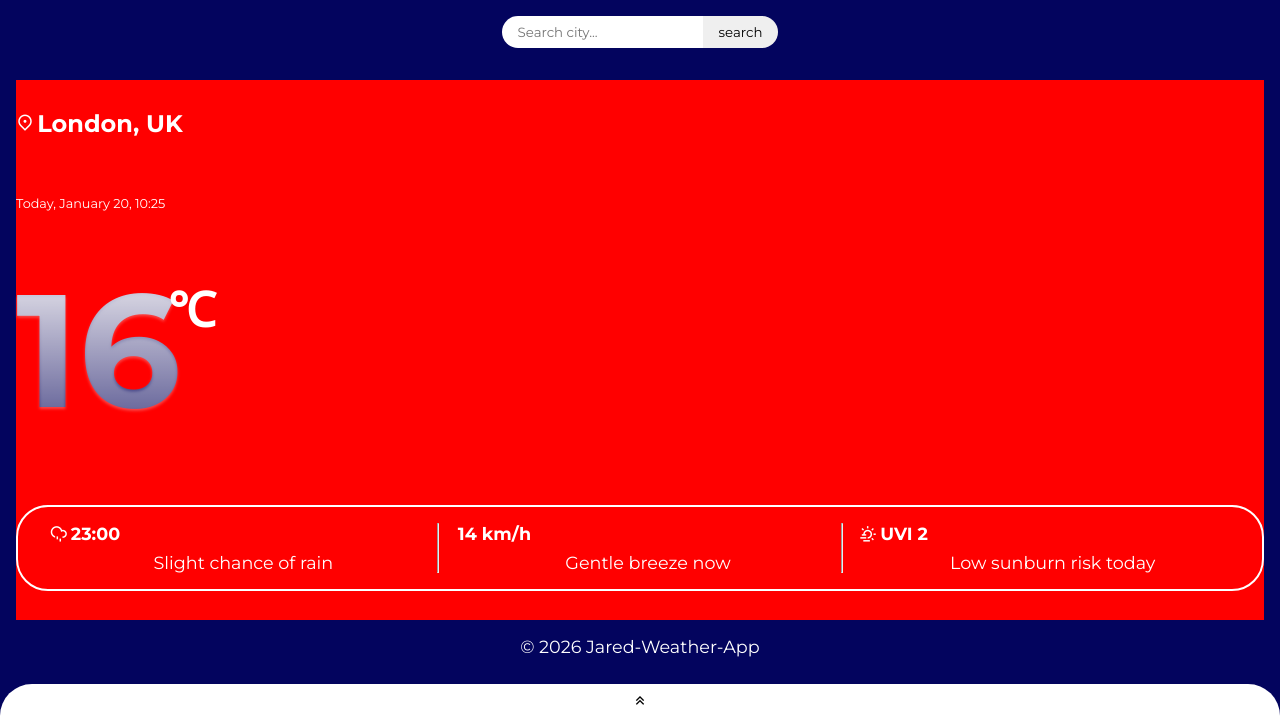
Repository: EguJaredoBoyd/Jared-Weather-App
Page: main.html
The author's editor kept a copy of each file at every save. The page is drawn from the files as they stood at one save, then again after the next save.
The browser window is 1280 px wide. The pictures show the whole page.
Some icons come from a web library that is not loaded, so they are not drawn. Some web libraries are served in a nearby version.

Above is the page before, as saved 2026-02-04 16:43:34.

After the next save:
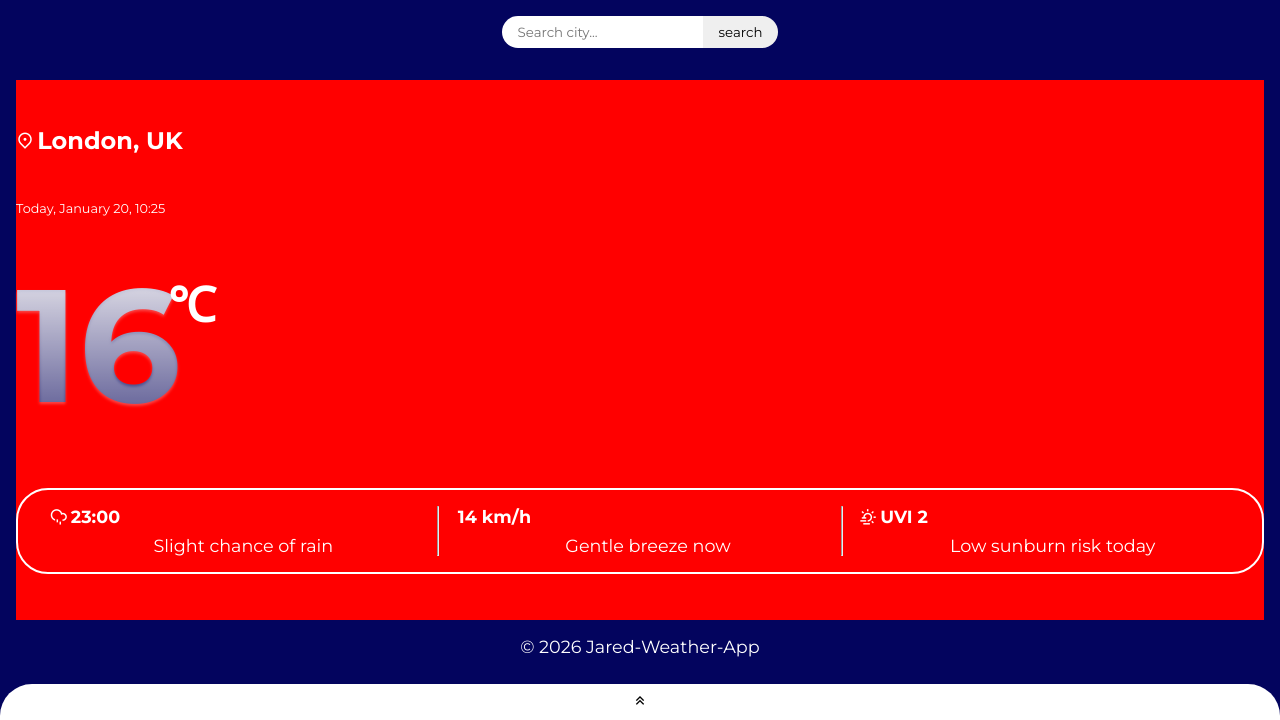
Saved 13 s later.
--- a/css/styles.css
+++ b/css/styles.css
@@ -76,7 +76,7 @@
 .current-weather {
   display: flex;
   flex-direction: column;
-  justify-content: space-around;
+  justify-content: space-evenly;
   /* row-gap: clamp(2.5rem, 2.5vw, 5rem); */
   min-height: 75dvh;
   background-color: red;

After the save that followed:
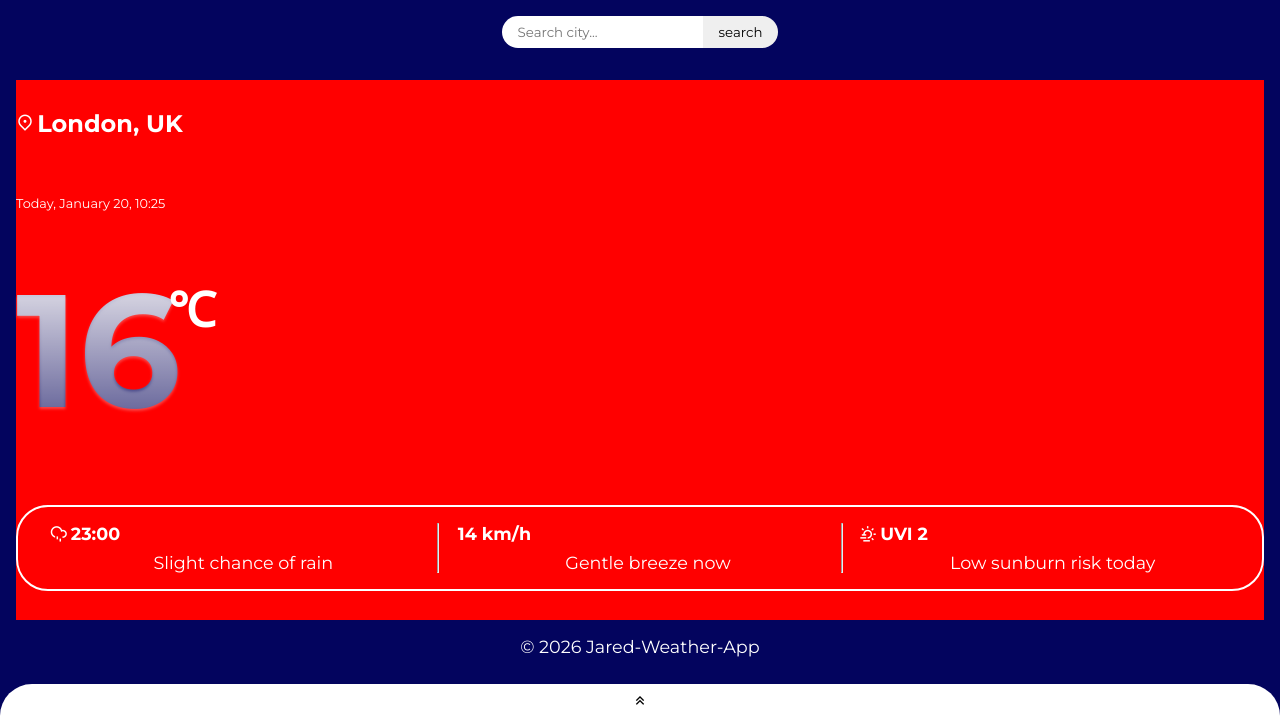
Saved 14 s later.
--- a/css/styles.css
+++ b/css/styles.css
@@ -76,7 +76,7 @@
 .current-weather {
   display: flex;
   flex-direction: column;
-  justify-content: space-evenly;
+  justify-content: space-around;
   /* row-gap: clamp(2.5rem, 2.5vw, 5rem); */
   min-height: 75dvh;
   background-color: red;
